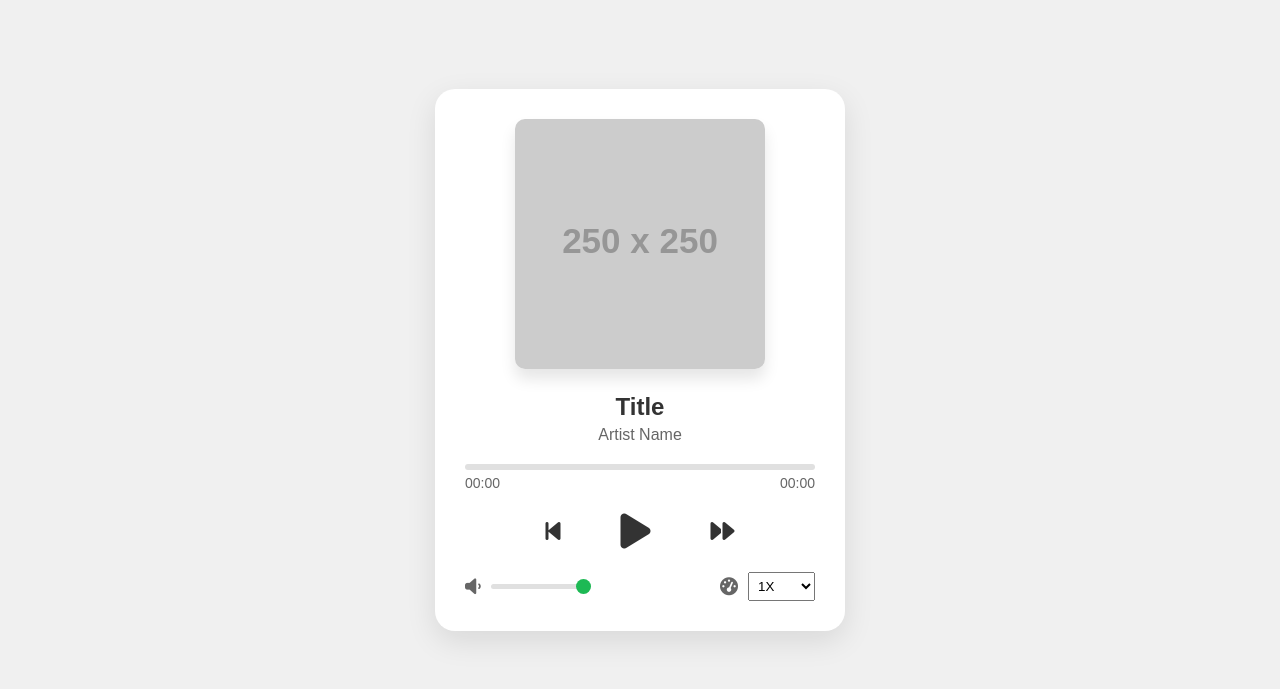
Repository: Abdulahi338/mp3-player-using-js
Page: AudioPlayer/index.html
The author's editor kept a copy of each file at every save. The page is drawn from the files as they stood at one save, then again after the next save.
The browser window is 1280 px wide. The pictures show the whole page.

Above is the page before, as saved 2025-02-02 17:43:42.

### AudioPlayer/index.html
<!DOCTYPE html>
<html lang="en">
<head>
    <meta charset="UTF-8">
    <meta name="viewport" content="width=device-width, initial-scale=1.0">
    <title>Document</title>
    <link rel="stylesheet" href="style.css">
    <link rel="stylesheet" href="https://cdnjs.cloudflare.com/ajax/libs/font-awesome/6.7.2/css/all.min.css" integrity="sha512-Evv84Mr4kqVGRNSgIGL/F/aIDqQb7xQ2vcrdIwxfjThSH8CSR7PBEakCr51Ck+w+/U6swU2Im1vVX0SVk9ABhg==" crossorigin="anonymous" referrerpolicy="no-referrer" />
</head>
<body>
    <div class="music-player">
        <div class="song-info">
            <img src="https://placehold.co/250" alt="song image">
            <h2 id="title">Title</h2>
            <p id="artist">Artist Name</p>
        </div>
    <!-- progress -->
        <div class="progress-container">
            <div class="progreess-bar">
                <div class="progress"></div>
            </div>
            <div class="time">
                <span id="current-time">00:00</span>
                <span id="duration">00:00</span>
            </div>
        </div>
        <!-- contrls -->
         <div class="controls">
            <button id="prev" class="control-btn"><i class="fas fa-step-backward"></i></button>
            <button id="play" class="control-btn play-btn"><i class="fas fa-play"></i></button>
            <button id="next" class="control-btn"><i class="fas fa-forward"></i></button>
         </div>
          <div class="additional-controlls">
                     <!-- other controlls -->

            <div class="value-contrlls">
                <i class="fas fa-volume-down"></i>
                <input type="range" name="volume" id="volume" min="0" max="1" step="o.1" value="1">
              </div>
              <!-- speed -->
               <div class="speed-controll">
                <i class="fas fa-tachometer-alt"></i>
                <select name="speed" id="speed">
                    <option value="0.5">0.5X</option>
                    <option value="0.75">0.75X</option>
                    <option value="1" selected>1X</option>
                    <option value="1.25">1.25X</option>
                    <option value="2">2X</option>

                </select>
               </div>

          </div>

    </div>
  <script src="mian.js"></script>
</body>
</html>

### AudioPlayer/style.css
*{
    padding: 0;
    margin: 0;
    box-sizing: 0;
}
body{
    font-family: Arial, Helvetica, sans-serif;
    display: flex;
    align-items: center;
    justify-content: center;
    height: 100vh;
    background-color: #f0f0f0;
}
.music-player{
    background-color: #fff;
    border-radius: 20px;
    width: 350px;
    text-align: center;
    padding: 30px;
    box-shadow: 0  10px 30px rgba(0,0,0,0.1);

}
.song-info img{
    width: 250px;
    height: 250px;
    border-radius: 10px;
    box-shadow: 0 10px 15px rgba(0,0,0,0.1);
    margin-bottom: 20px;
}
.song-info h2{
    font-size: 24px;
    margin-bottom: 5px;
    color: #333;
}
.song-info p{
    font-size: 16px;
    color: #666;
    margin-bottom: 20px;
}
.progress-container{
    margin-bottom: 20px;
}
.progreess-bar{
    background-color: #e0e0e0;
    height: 6px;
    overflow: hidden;
    border-radius: 5px;
}
.progress{
    background-color: #1db954;
    width: 0%;
    height: 100%;
    transition: width 0.1sec linear;

}
.time{
    display: flex;
    justify-content:space-between;
    margin-top: 5px;
    font-size: 14px;
    color: #666;
}
.controls{
    display: flex;
    align-items: center;
    justify-content: center;
    margin-bottom: 20px;
}
.control-btn{
    background: none;
    border: none;
    font-size:24px;
    color: #333;
    padding:0 15px;
    cursor: pointer;
    margin: 0 15px;
    transition: color 0.3sec ease;
}
.control-btn:hover{
    color: #1db954;
}
.fa-play{
    font-size: 40px;
}
.additional-controlls{
    display: flex;
    justify-content: space-between;
    align-items: center;
}
.speed-controll, .value-contrlls{
    display: flex;
    align-items: center;
}
.speed-controll i, .value-contrlls i{
    font-size: 18px;
    color: #666;
    margin-right: 10px;
}
#volume{
    -webkit-appearance: none;
    width: 100px;
    height: 5px;
    background-color: #e0e0e0;
    border-radius: 5px;
    outline: none;
}
#volume::-webkit-slider-thumb{
    -webkit-appearance: none;
    width: 15px;
    height: 15px;
    background-color:  #1db954;
    border-radius: 50%;
    cursor: pointer;
}
#volume::-moz-range-thumb{
    -webkit-appearance: none;
    width: 15px;
    height: 15px;
    background-color:  #1db954;
    border-radius: 50%;
    cursor: pointer;

}
#speed{
    padding: 5px;
    border: 10px sol;
}

Loaded but not shown: AudioPlayer/mian.js (no copy from this time; the picture is the same without it)

After the next save:
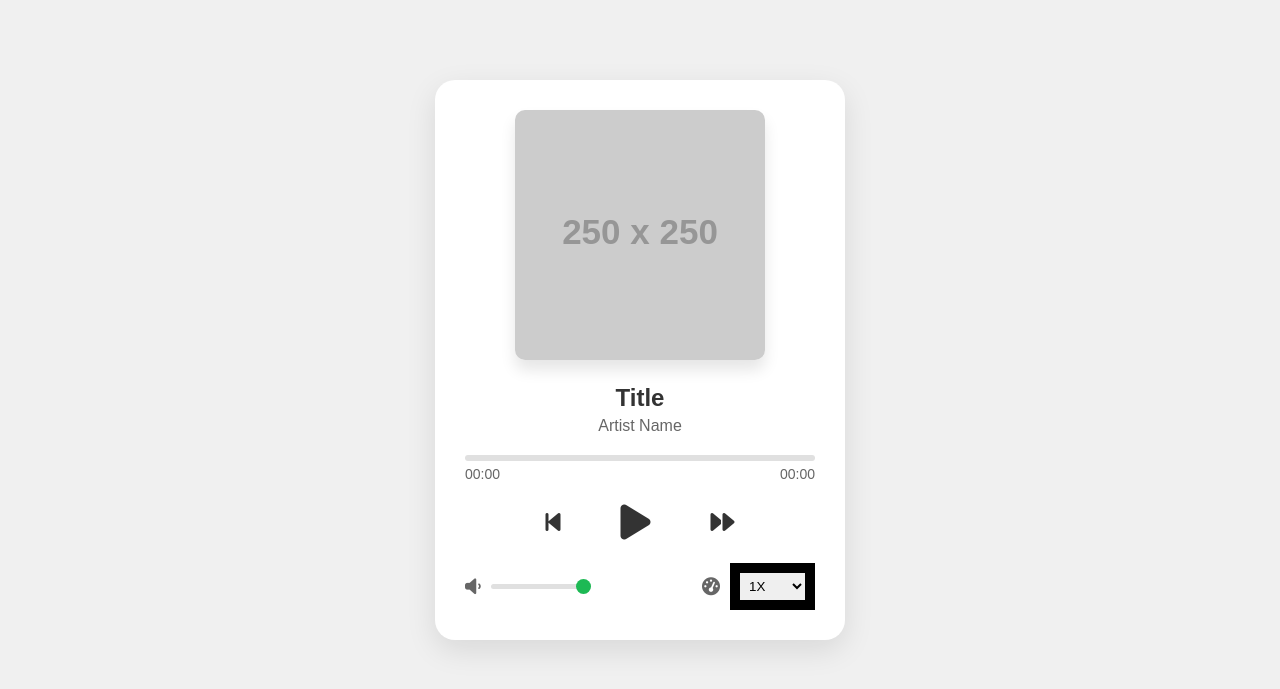
Saved 2 s later.
--- a/AudioPlayer/style.css
+++ b/AudioPlayer/style.css
@@ -123,5 +123,5 @@
 }
 #speed{
     padding: 5px;
-    border: 10px sol;
+    border: 10px solid ;
 }

After the save that followed:
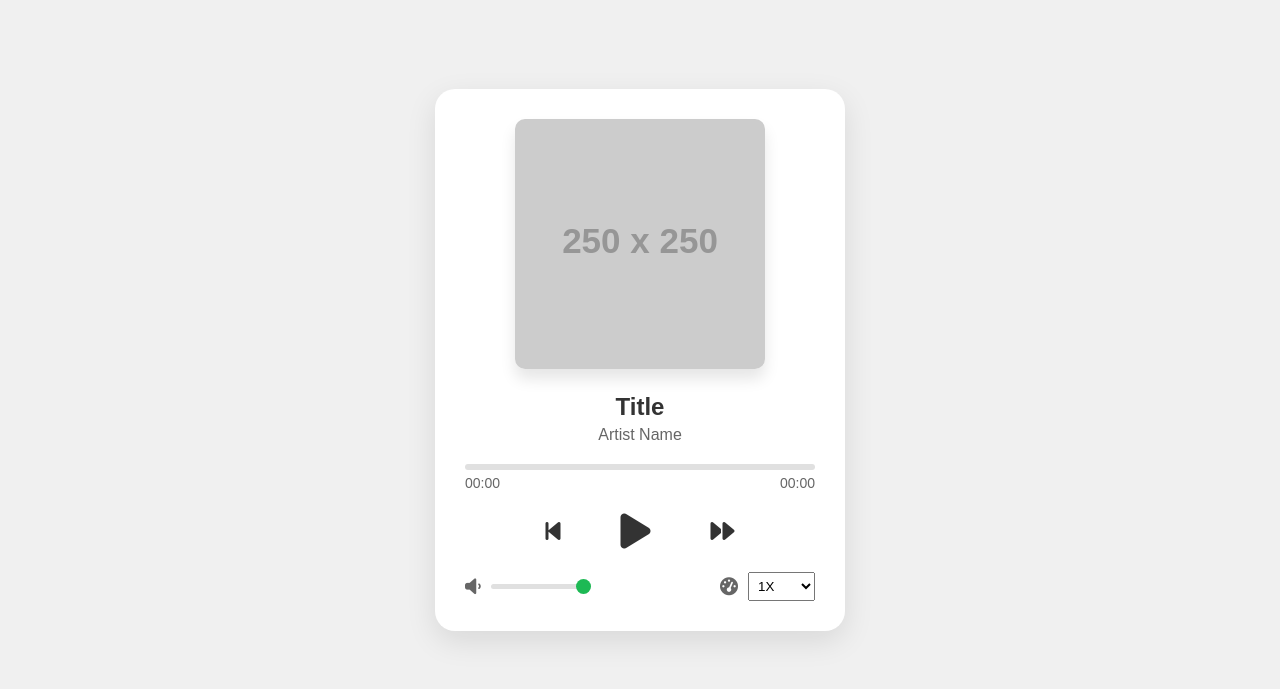
Saved 2 s later.
--- a/AudioPlayer/style.css
+++ b/AudioPlayer/style.css
@@ -123,5 +123,5 @@
 }
 #speed{
     padding: 5px;
-    border: 10px solid ;
+    border: 10px solid #Cc;
 }
